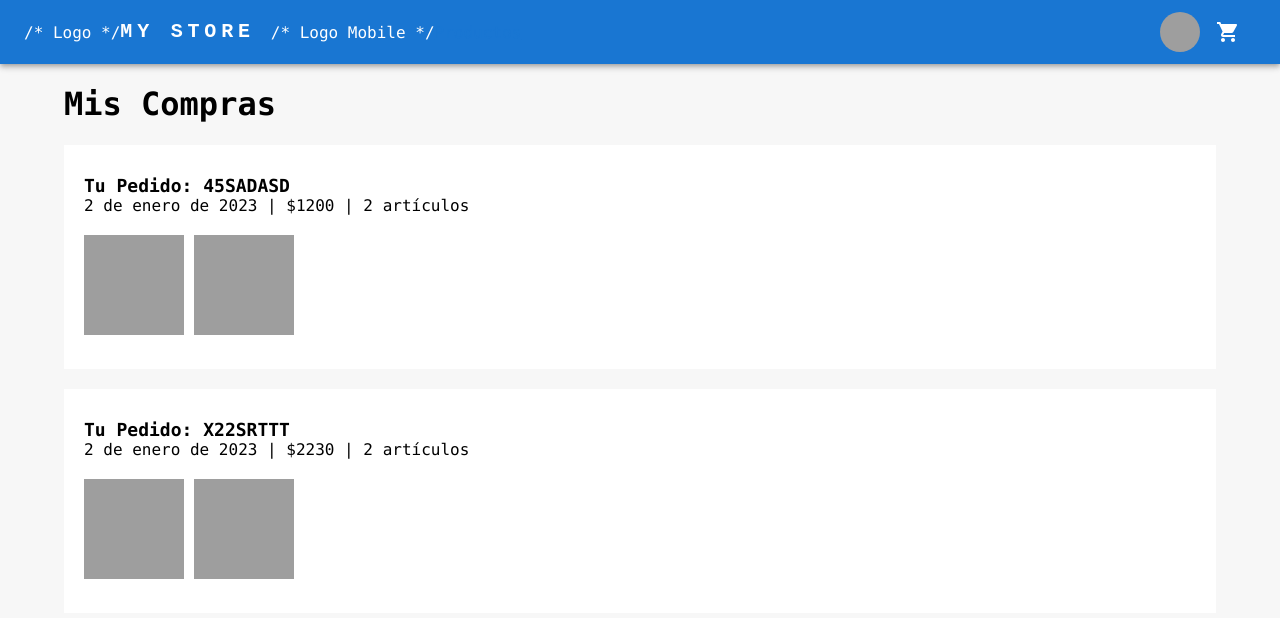
Repository: DanielBorussia/front-my-store
Page: /OrderList
The author's editor kept a copy of each file at every save. The page is drawn from the files as they stood at one save, then again after the next save.
The browser window is 1280 px wide. The pictures show the whole page.
Pictures or frames that could not be fetched are drawn as grey boxes. The project was rebuilt for these pictures with package versions that can differ from the ones it lists, and the page was loaded fresh each time. Also part of the build but not shown: src/components/OrderItem.js, src/containers/MyOrderPreview.js, src/components/ProductItem.js, src/hooks/useGetProducts.js, src/shared/Loading.js, src/containers/ProductList.js, src/pages/Home.js.

Above is the page before, as saved 2023-07-01 17:20:46.

### src/index.js
import React from 'react';
import ReactDOM from 'react-dom/client';
import './index.css';
import App from './routes/App';
import reportWebVitals from './reportWebVitals';

const root = ReactDOM.createRoot(document.getElementById('root'));
root.render(
  <React.StrictMode>
    <App />
  </React.StrictMode>
);

// If you want to start measuring performance in your app, pass a function
// to log results (for example: reportWebVitals(console.log))
// or send to an analytics endpoint. Learn more: https://bit.ly/CRA-vitals
reportWebVitals();

### src/index.css
body {
  margin: 0;
  -webkit-font-smoothing: antialiased;
  -moz-osx-font-smoothing: grayscale;
  font-family: source-code-pro, Menlo, Monaco, Consolas, "Courier New",
  monospace;
}

### src/routes/App.js
import React from 'react';
import { BrowserRouter, Routes, Route } from 'react-router-dom';
import useInitialState from '../hooks/useInitialState';
import AppContext from '../context/AppContext';
import Layout from '../containers/Layout';
import Home from '../pages/Home';
import ShoppingList from '../containers/ShoppingList';

const App = () => {
    const initialState = useInitialState();
    return (
        //encapsular la aplicacion para compartir la informacion
        <AppContext.Provider value={initialState}>
        <BrowserRouter>
            <Layout>
            <Routes>
                <Route exact path="/" element={<Home/>} />
                <Route exact path="/OrderList" element={<ShoppingList/>} />
            </Routes>
            </Layout>
        </BrowserRouter>
        </AppContext.Provider>

    );
}

export default App;

### src/hooks/useInitialState.js
import { useState } from 'react';

const initialState = {
    cart: [],
}

const useInitialState = () => {
    const [state, setState] = useState(initialState);

    const addToCart = (payload) => {
        setState({
            ...state,
            cart: [...state.cart, payload]
        });
    };

    const removeFromCart = (payload) => {
        setState({
            ...state,
            cart: state.cart.filter(item => item.id != payload.id),
        })
    }

    return {
        state,
        addToCart,
        removeFromCart
    }
}

export default useInitialState;

### src/containers/Layout.js
import React from 'react';
import Header from '../components/Header';
import './../styles/Layout.scss';

const Layout = ({ children }) => {
	return (
		<div className="Layout">
			<Header />
			<div className='Content'>
				{children}
			</div>
		</div>
	);
}

export default Layout;

### src/containers/ShoppingList.js
import { useState } from "react";
// UI
import ShoppingItem from "../components/ShoppingItem";
import { Box, Container } from "@mui/material";

const ShoppingList = () => {
    const [orders, setOrders] = useState([
        {
            id: 1,
            total: 1200,
            code: '45SADASD',
            products:[
                {
                    id: 1,
                    title: 'product 1',
                    image: 'https://assets.adidas.com/images/w_280,h_280,f_auto,q_auto:sensitive/d1d0a4a589d44010bb8daacd00a85d46_9366/FM3897_250_FM3897_01_laydown.jpg.jpg'
                },
                {
                    id: 2,
                    title: 'product 2',
                    image: 'https://assets.adidas.com/images/w_280,h_280,f_auto,q_auto:sensitive/42c462d2f5d94d80930bae6701225f46_9366/HG7757_120_HG7757_03_standard.jpg.jpg'
                }
            ]
        },
        {
            id: 2,
            total: 2230,
            code: 'X22SRTTT',
            products:[
                {
                    id: 1,
                    title: 'product 1',
                    image: 'https://assets.adidas.com/images/w_280,h_280,f_auto,q_auto:sensitive/edfc06406f30408e842cae1c00a35c9c_9366/H57793_640_H57793_01_standard.jpg.jpg'
                },
                {
                    id: 2,
                    title: 'product 2',
                    image: 'https://assets.adidas.com/images/w_280,h_280,f_auto,q_auto:sensitive/42c462d2f5d94d80930bae6701225f46_9366/HG7757_120_HG7757_03_standard.jpg.jpg'
                }
            ]
        }
    ]);

    return (
        <Container>
            <h1>Mis Compras</h1>
            <Box className="soppingList">
                {orders.map(order => (
                    <ShoppingItem order={order} key={order.id} />
                ))}
            </Box>

        </Container>
    );
}

export default ShoppingList;

### src/components/Header.js
import React, { useContext, useState } from 'react';
// UI
import AppBar from '@mui/material/AppBar';
import Box from '@mui/material/Box';
import Toolbar from '@mui/material/Toolbar';
import IconButton from '@mui/material/IconButton';
import Typography from '@mui/material/Typography';
import Menu from '@mui/material/Menu';
import MenuIcon from '@mui/icons-material/Menu';
import Container from '@mui/material/Container';
import Avatar from '@mui/material/Avatar';
import Button from '@mui/material/Button';
import Tooltip from '@mui/material/Tooltip';
import MenuItem from '@mui/material/MenuItem';
import AdbIcon from '@mui/icons-material/Adb';
import ShoppingCartIcon from '@mui/icons-material/ShoppingCart';
import AppContext from '../context/AppContext';
import MyOrderPreview from '../containers/MyOrderPreview';
import { Link } from '@mui/material';

const pages = ['Productos', 'Pedidos'];
const settings = ['Perfil', 'Mis Pedidos', 'Salir'];

const Header = () => {
    const { state } = useContext(AppContext);
    const [anchorElNav, setAnchorElNav] = useState(null);
    const [anchorElUser, setAnchorElUser] = useState(null);
    const [toggleOrderPreview, setToggleOrderPreview] = useState(false);

    const handleOpenNavMenu = (event) => {
        setAnchorElNav(event.currentTarget);
    };

    const handleOpenUserMenu = (event) => {
        setAnchorElUser(event.currentTarget);
    };

    const handleCloseNavMenu = () => {
        setAnchorElNav(null);
    };

    const handleCloseUserMenu = () => {
        setAnchorElUser(null);
    };

    return (
    <AppBar position="static">
      <Container maxWidth="xl">
        <Toolbar disableGutters>
            /* Logo */
            <Typography
              variant="h6"
              noWrap
              component="a"
              href="/"
              sx={{
                mr: 2,
                display: { xs: 'none', md: 'flex' },
                fontFamily: 'monospace',
                fontWeight: 700,
                letterSpacing: '.3rem',
                color: 'inherit',
                textDecoration: 'none',
              }}
            >
              MY STORE
            </Typography>


          <Box sx={{ flexGrow: 1, display: { xs: 'flex', md: 'none' } }}>
            <IconButton
              size="large"
              aria-label="account of current user"
              aria-controls="menu-appbar"
              aria-haspopup="true"
              onClick={handleOpenNavMenu}
              color="inherit"
            >
              <MenuIcon />
            </IconButton>
            <Menu
              id="menu-appbar"
              anchorEl={anchorElNav}
              anchorOrigin={{
                vertical: 'bottom',
                horizontal: 'left',
              }}
              keepMounted
              transformOrigin={{
                vertical: 'top',
                horizontal: 'left',
              }}
              open={Boolean(anchorElNav)}
              onClose={handleCloseNavMenu}
              sx={{
                display: { xs: 'block', md: 'none' },
              }}
            >

              <MenuItem>
                <Link href={`/`}>
                  <Typography textAlign="center">Productos</Typography>
                </Link>
              </MenuItem>

            </Menu>
          </Box>
          <AdbIcon sx={{ display: { xs: 'flex', md: 'none' }, mr: 1 }} />

          /* Logo Mobile */
          <Typography
            variant="h5"
            noWrap
            component="a"
            href=""
            sx={{
              mr: 2,
              display: { xs: 'flex', md: 'none' },
              flexGrow: 1,
              fontFamily: 'monospace',
              fontWeight: 700,
              letterSpacing: '.3rem',
              color: 'inherit',
              textDecoration: 'none',
            }}
          >
            MY STORE
          </Typography>

          <Box sx={{ flexGrow: 1, display: { xs: 'none', md: 'flex' } }}>
            <Link href='/'>
              Productos
            </Link>

          </Box>

          <Box sx={{ flexGrow: 0 }}>
            <Tooltip title="Open settings">
              <IconButton onClick={handleOpenUserMenu} sx={{ p: 0 }}>
                <Avatar alt="Remy Sharp" src="/static/images/avatar/2.jpg" />
              </IconButton>
            </Tooltip>
            <Menu
              sx={{ mt: '45px' }}
              id="menu-appbar"
              anchorEl={anchorElUser}
              anchorOrigin={{
                vertical: 'top',
                horizontal: 'right',
              }}
              keepMounted
              transformOrigin={{
                vertical: 'top',
                horizontal: 'right',
              }}
              open={Boolean(anchorElUser)}
              onClose={handleCloseUserMenu}
            >
              {settings.map((setting) => (
                <MenuItem key={setting} onClick={handleCloseUserMenu}>
                  <Typography textAlign="center">{setting}</Typography>
                </MenuItem>
              ))}
            </Menu>
          </Box>
          <Box sx={{ margin: 2 }}>
            <Tooltip title="Car">
              <IconButton  onClick={() => setToggleOrderPreview(!toggleOrderPreview)} color="inherit" sx={{ p: 0 }}>
               <ShoppingCartIcon />
               {state.cart.length > 0 ? <div>{state.cart.length}</div>  : null}
              </IconButton>
            </Tooltip>
          </Box>
        </Toolbar>
      </Container>
      {toggleOrderPreview && <MyOrderPreview />}
    </AppBar>
  );
}

export default Header;

### src/styles/Layout.scss
.Layout{
    background-color: #f7f7f7;
    height: 100vh;
}

### src/components/ShoppingItem.js
import React from 'react';
// UI
import { Box } from '@mui/material';
// Styles Component
import './../styles/ShoppingItem.scss';

const ShoppingItem = ({ order }) => {
    return (
        <section className='shoppingItem'>
            <Box className="shoppingItem__info">
                <span>Tu Pedido: {order.code}</span>
                <Box className="shoppingItem__info--details">
                    2 de enero de 2023 | ${order.total} | {order.products.length } artículos
                </Box>
            </Box>
            <Box className="shoppingItem__content">
                <Box className="shoppingItem__products">
                    {order.products.map(product => (
                        <Box className="shoppingProductItem">
                            <img src={product.image} />
                        </Box>
                    ))}
                </Box>
            </Box>
        </section>
    );
}

export default ShoppingItem;

### src/styles/ProductList.scss
@import 'vars';

.productList {
	display: grid;
	grid-template-columns: repeat(auto-fill, 240px);
	gap: 26px;
	place-content: center;
	margin: 3em 0 0 0;
}

@media (max-width: 640px) {
	.productList {
		grid-template-columns: repeat(auto-fill, 140px);
	}
}

### src/styles/ShoppingItem.scss
.shoppingItem{
    background-color: white;
    padding: 30px 20px;
    margin-bottom: 20px;
    .shoppingItem__info{
        span{
            font-weight: 700;
            font-size: 18px;
        }
    }

    .shoppingItem__info--details{
        margin-bottom: 20px;
    }

    .shoppingItem__products{
        display: flex;
        .shoppingProductItem{
            margin-right: 10px;
            img{
                width: 100px;
                height: 100px;
                object-fit: cover;
                cursor: pointer;
            }
        }
    }
}

### src/styles/MyOrderPreview.scss
@import 'vars';

.myOrderPreview {
	transition: all 0.25s;
    -webkit-transition: all 0.25s;
	overflow:hidden;
    background: #fff;
	width: 360px;
	height: 100%;
	padding: 24px;
	box-sizing: border-box;
	position: absolute;
	right: 0;
	top: 69px;
	border-radius: 6px;
	bottom: 0;
	z-index: 1;
	border: 1px solid var(--very-light-pink);
    .myOrderPreview__title {
        display: flex;
        font-size: var(--lg);
	    font-weight: bold;
		color: var(--black);
        img {
            margin-right: 14px;
         }
    }
}



.myOrderPreview__resume {
	display: grid;
	grid-template-columns: auto 1fr;
	gap: 16px;
	align-items: center;
	background-color: var(--text-input-field);
	margin-bottom: 24px;
	border-radius: 8px;
	padding: 0 24px;
	color: var(--black);

	.myOrderPreview__resume--label {
		font-size: var(--md);
		font-weight: bold;
	}
	.myOrderPreview__resume--value {
		text-align: end;
		font-weight: bold;
	}
}

.primary-button {
	background-color: var(--hospital-green);
	border-radius: 8px;
	border: none;
	color: var(--white);
	width: 100%;
	cursor: pointer;
	font-size: var(--md);
	font-weight: bold;
	height: 50px;
}
@media (max-width: 640px) {
	.myOrderPreview {
		width: 100%;
	}
}

### src/styles/ProductItem.scss
@import 'vars';

.productItem {
	width: 240px;
}
.productItem img {
	width: 240px;
	height: 240px;
	border-radius: 20px;
	object-fit: cover;
	cursor: pointer;
}
.productItem__info {
	cursor: pointer;
	display: flex;
	justify-content: space-between;
	align-items: center;
	margin-top: 12px;
}
.productItem__info figure {
	margin: 0;
}
.productItem__info figure img {
	width: 35px;
	height: 35px;
}
.productItem__info div p:nth-child(1) {
	font-weight: bold;
	font-size: var(--md);
	margin-top: 0;
	margin-bottom: 4px;
}
.productItem__info div p:nth-child(2) {
	font-size: var(--sm);
	margin-top: 0;
	margin-bottom: 0;
	color: var(--very-light-pink);
}
@media (max-width: 640px) {
	.cards-container {
		grid-template-columns: repeat(auto-fill, 140px);
	}
	.ProductItem {
		width: 140px;
	}
	.ProductItem img {
		width: 140px;
		height: 140px;
	}
}

### src/styles/_vars.scss
:root {
	--white: #FFFFFF;
	--black: #000000;
	--very-light-pink: #C7C7C7;
	--text-input-field: #F7F7F7;
	--hospital-green: #ACD9B2;
	--sm: 14px;
	--md: 16px;
	--lg: 18px;
}

### src/styles/OrderItem.scss
@import 'vars';

.orderItem {
	display: grid;
	grid-template-columns: auto 1fr auto auto;
	gap: 16px;
	margin-bottom: 24px;
	align-items: center;
    .orderItem__image img{
        width: 70px;
        height: 70px;
        border-radius: 20px;
        object-fit: cover;
    }
    .orderItem__information--title{
        color: var(--very-light-pink);
    }
    .orderItem__information--price{
        font-size: var(--md);
        font-weight: bold;
        color: var(--black);
    }
}

Loaded but not shown: public/index.html (common file); src/reportWebVitals.js (common file); src/context/AppContext.js (common file)

After the next save:
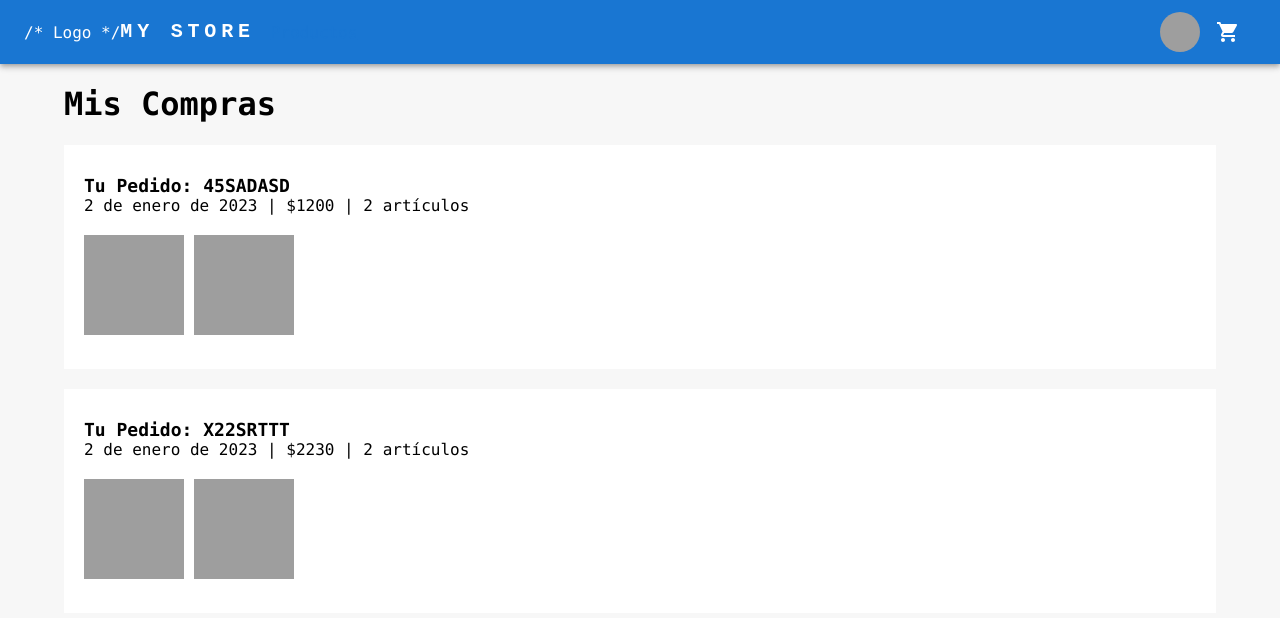
Saved 2 min 4 s later.
--- a/src/components/Header.js
+++ b/src/components/Header.js
@@ -107,7 +107,7 @@ const Header = () => {
           </Box>
           <AdbIcon sx={{ display: { xs: 'flex', md: 'none' }, mr: 1 }} />
 
-          /* Logo Mobile */
+          {/* Logo Mobile */}
           <Typography
             variant="h5"
             noWrap
